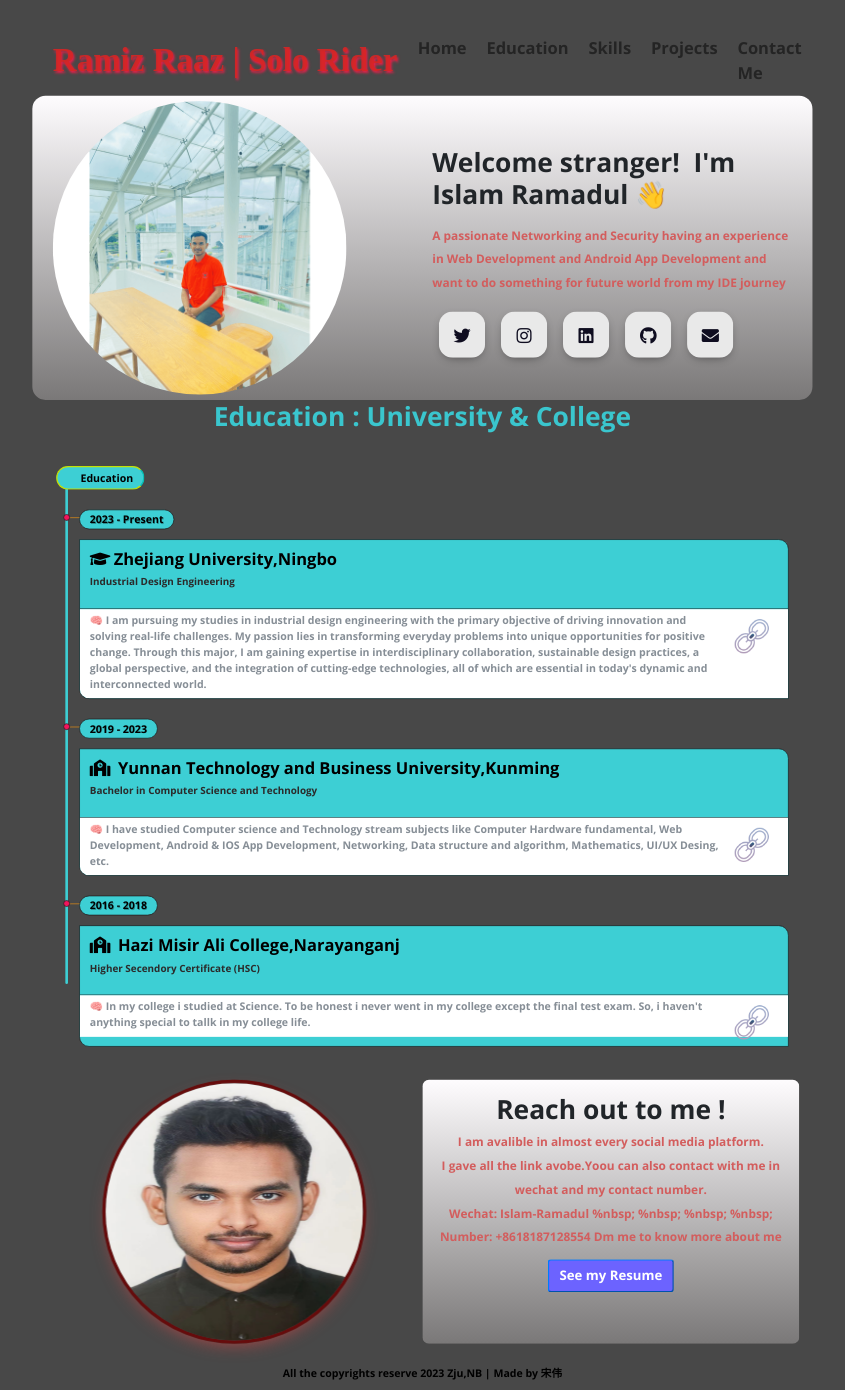
Repository: ramizraaz/ZjuProtfolio
Page: index.html
These files come from the project's save history. The page is drawn as it stood at one moment and after the next save; the edit follows.
The browser window is 1280 px wide. The pictures show the whole page, at 66% of full size.
Some web fonts or font styles are not loaded; a fallback is used. Some web libraries are served in a nearby version.

Above is the page before, as saved 2023-10-08 19:49:39.

After the next save:
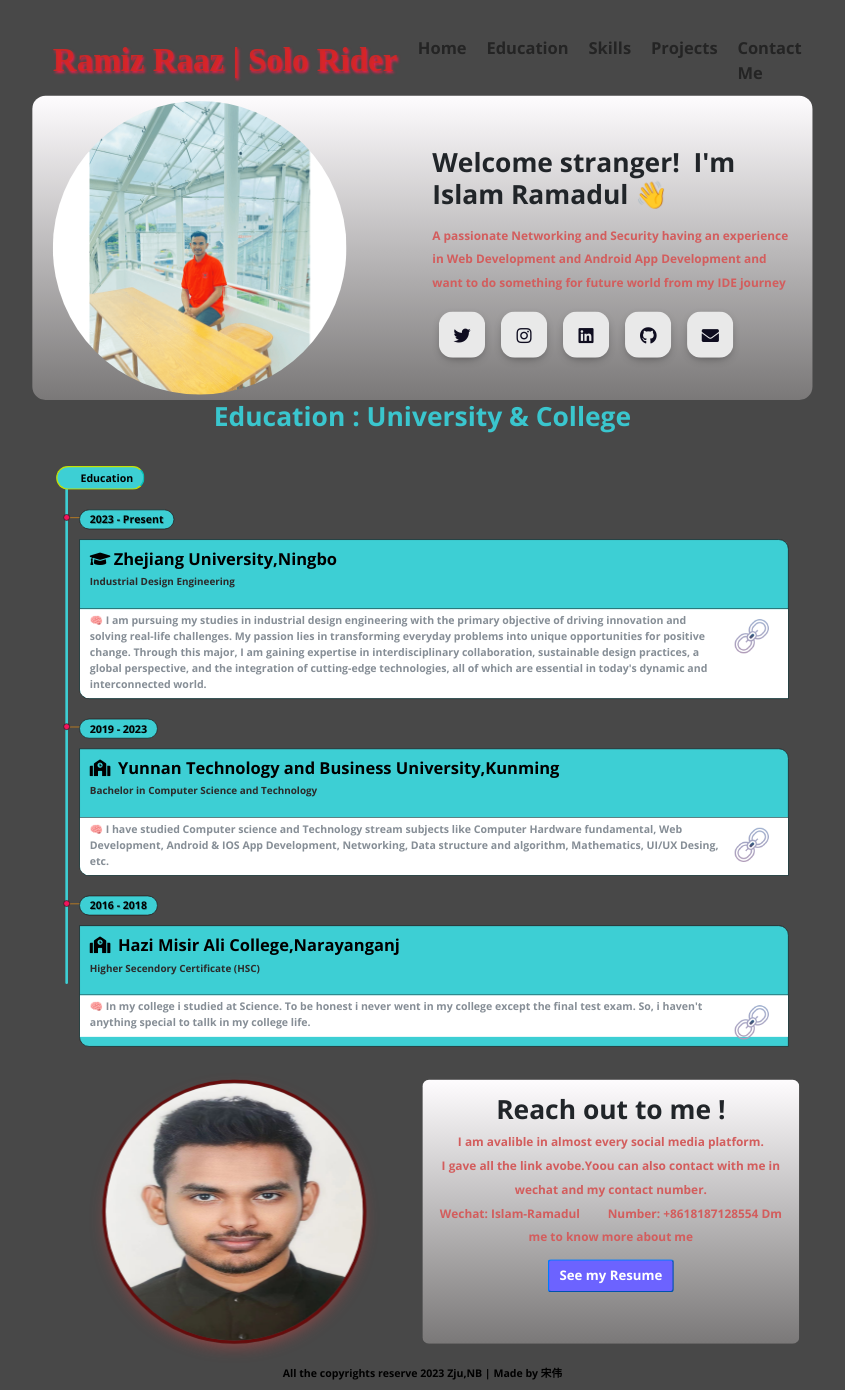
Saved 21 s later.
--- a/index.html
+++ b/index.html
@@ -162,7 +162,7 @@
             <h1>Reach out to me !</h1>
             <p>I am avalible in almost every social media platform.<br>
                 I gave all the link avobe.Yoou can also contact with me in wechat and my contact number.<br>
-                Wechat: Islam-Ramadul %nbsp; %nbsp; %nbsp; %nbsp; Number: +8618187128554 Dm me to know more about me</p>
+                Wechat: Islam-Ramadul &nbsp; &nbsp; &nbsp; &nbsp; Number: +8618187128554 Dm me to know more about me</p>
                 <a href="JCRN  Resume.pdf" target=_blank><button type="button" class=" btn-primary btn-lg Resume">See my Resume</button></a>
          </div>
     </div>
